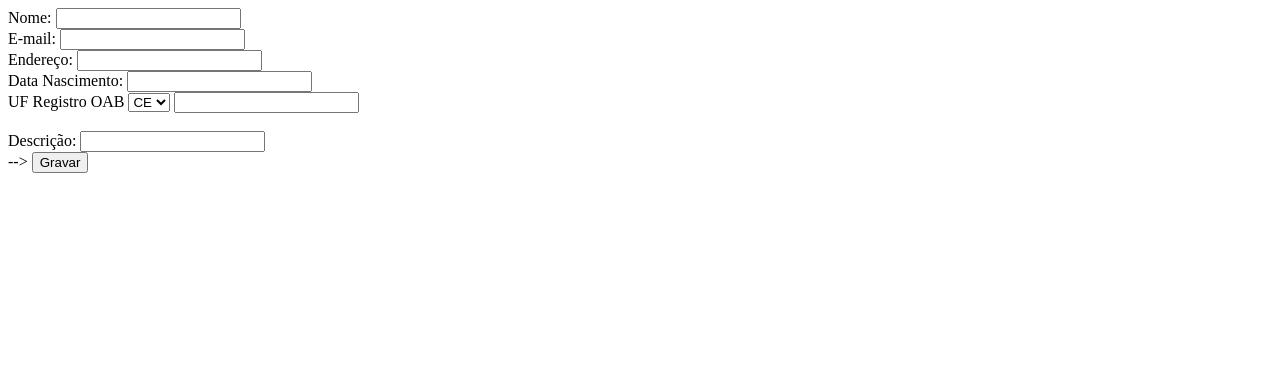
Repository: Natan16/CRUDJUSTTO
Page: CRUDJUSTTOWEB/WebContent/adiciona-advogado.html
These files come from the project's save history. The page is drawn as it stood at one moment and after the next save; the edit follows.
The browser window is 1280 px wide. The pictures show the whole page.

Above is the page before, as saved 2019-08-31 11:24:18.

After the next save:
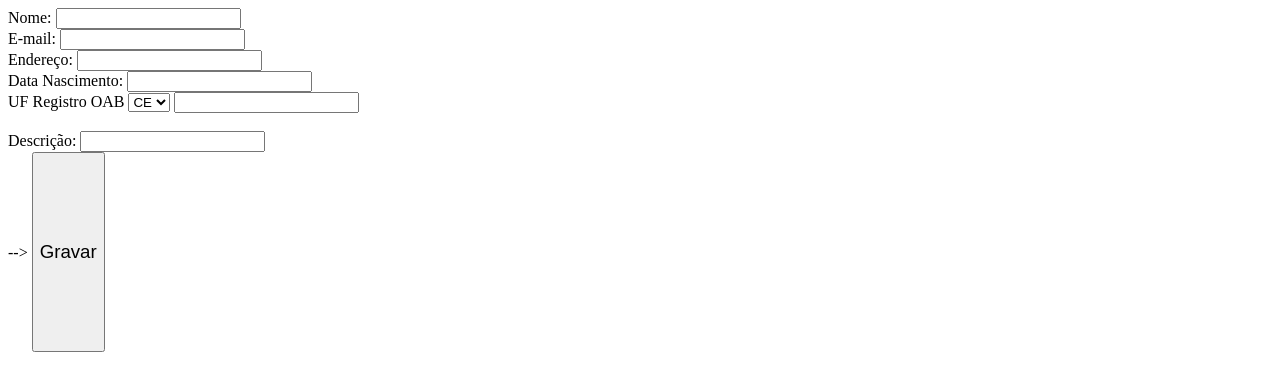
Saved 113 s later.
--- a/CRUDJUSTTOWEB/WebContent/adiciona-advogado.html
+++ b/CRUDJUSTTOWEB/WebContent/adiciona-advogado.html
@@ -25,7 +25,7 @@
     				<a href="#">Link 3</a>
   				</div>
 		</div> --> -->
-             <input type="submit" value="Gravar" />
+             <input  style="height:200px;font-size:14pt;" type="submit" value="Gravar" />
          </form>
      </body>
  </html>
